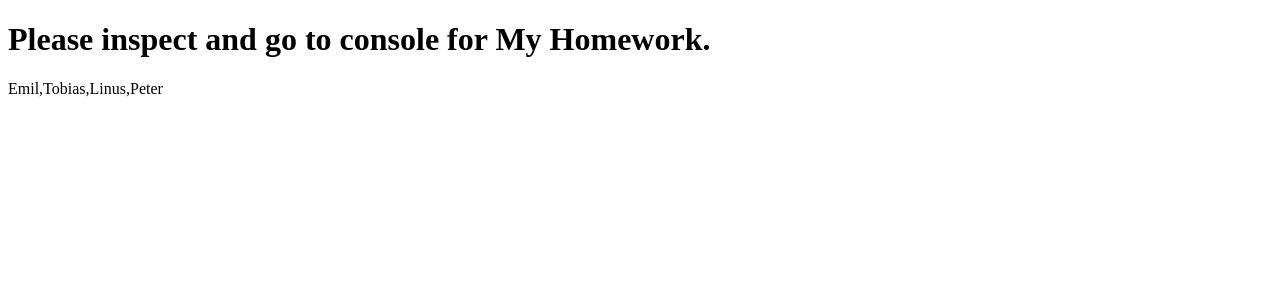
Repository: brightwhitesnow/brightwhitesnow.github.io
Page: Weba/lesson2/homeworkfiles/index.html
An editor plug-in stored every save of this project. The page is shown before and after the next save, followed by the edit.
The browser window is 1280 px wide. The pictures show the whole page.

Above is the page before, as saved 2021-04-18 10:17:05.

After the next save:
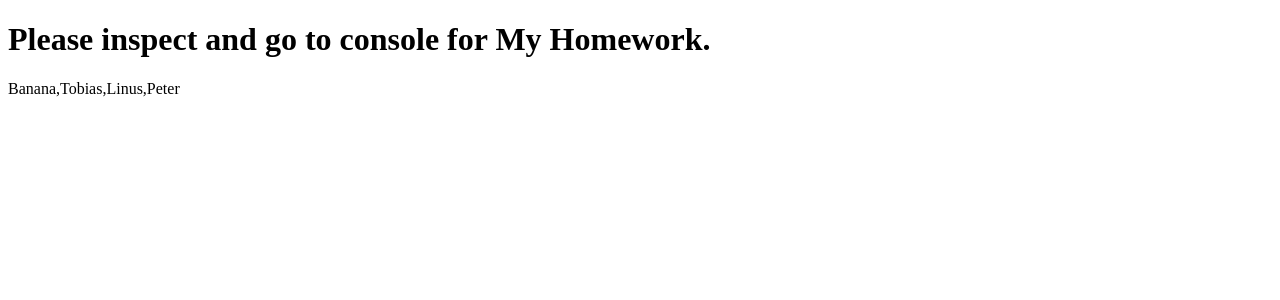
Saved 37 s later.
--- a/Weba/lesson2/homeworkfiles/script.js
+++ b/Weba/lesson2/homeworkfiles/script.js
@@ -132,6 +132,6 @@ let d = (y, z) => {
 
 
 
-var arr1 = ["Emil", "Tobias", "Linus"];
+var arr1 = ["Banana", "Tobias", "Linus"];
 var myChildren = arr1.concat("Peter");
 document.getElementById("demo").innerHTML = myChildren;
